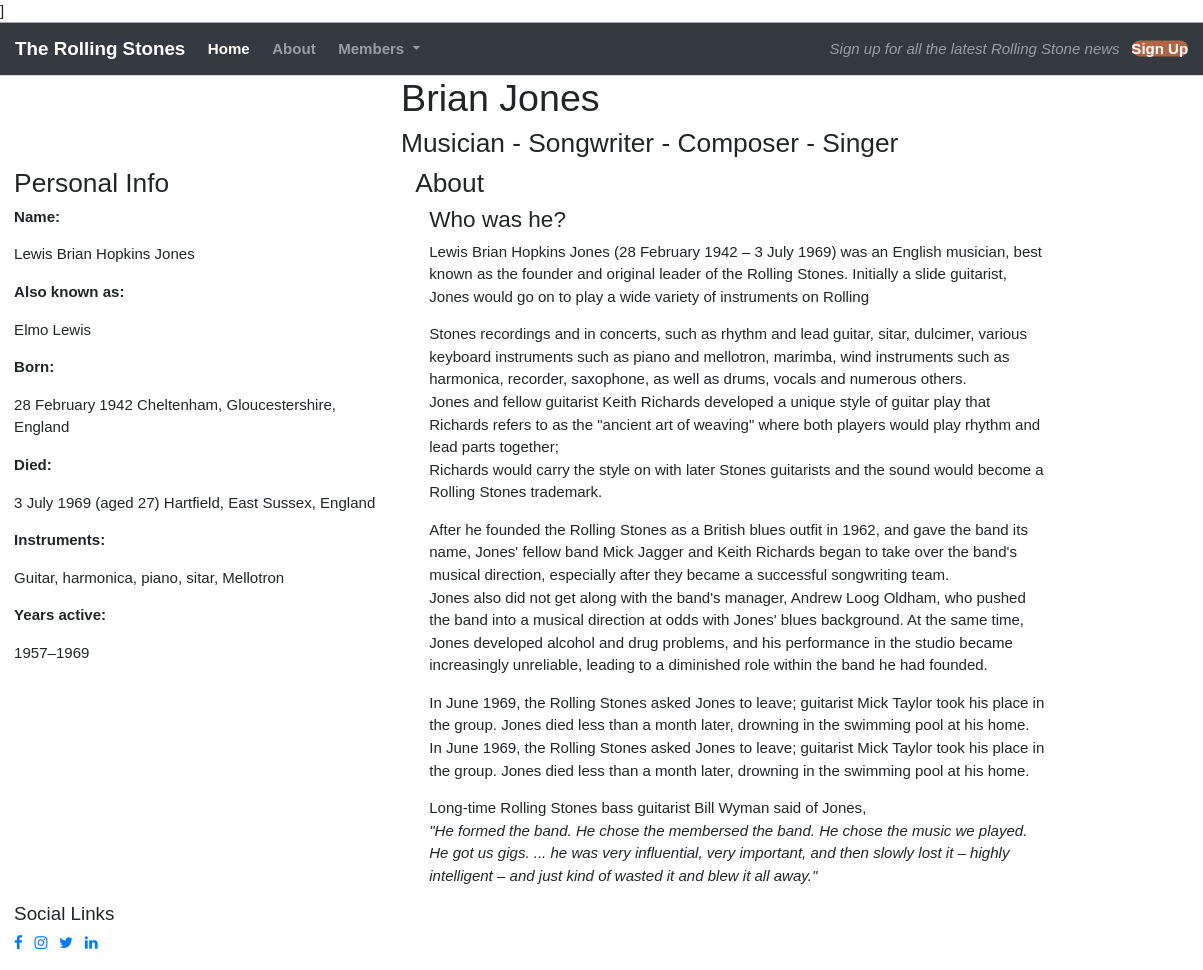
Repository: TecDruid/rolling-stones-fan-site
Page: brian-jones.html
The author's editor kept a record of every edit. The page is drawn from the files as they stood at one moment, then again after the next edit.
The browser window is 1280 px wide. The pictures show the whole page, at 94% of full size.
Some web fonts or font styles are not loaded; a fallback is used. Some web libraries are served in a nearby version.

Above is the page before.

After the next edit:
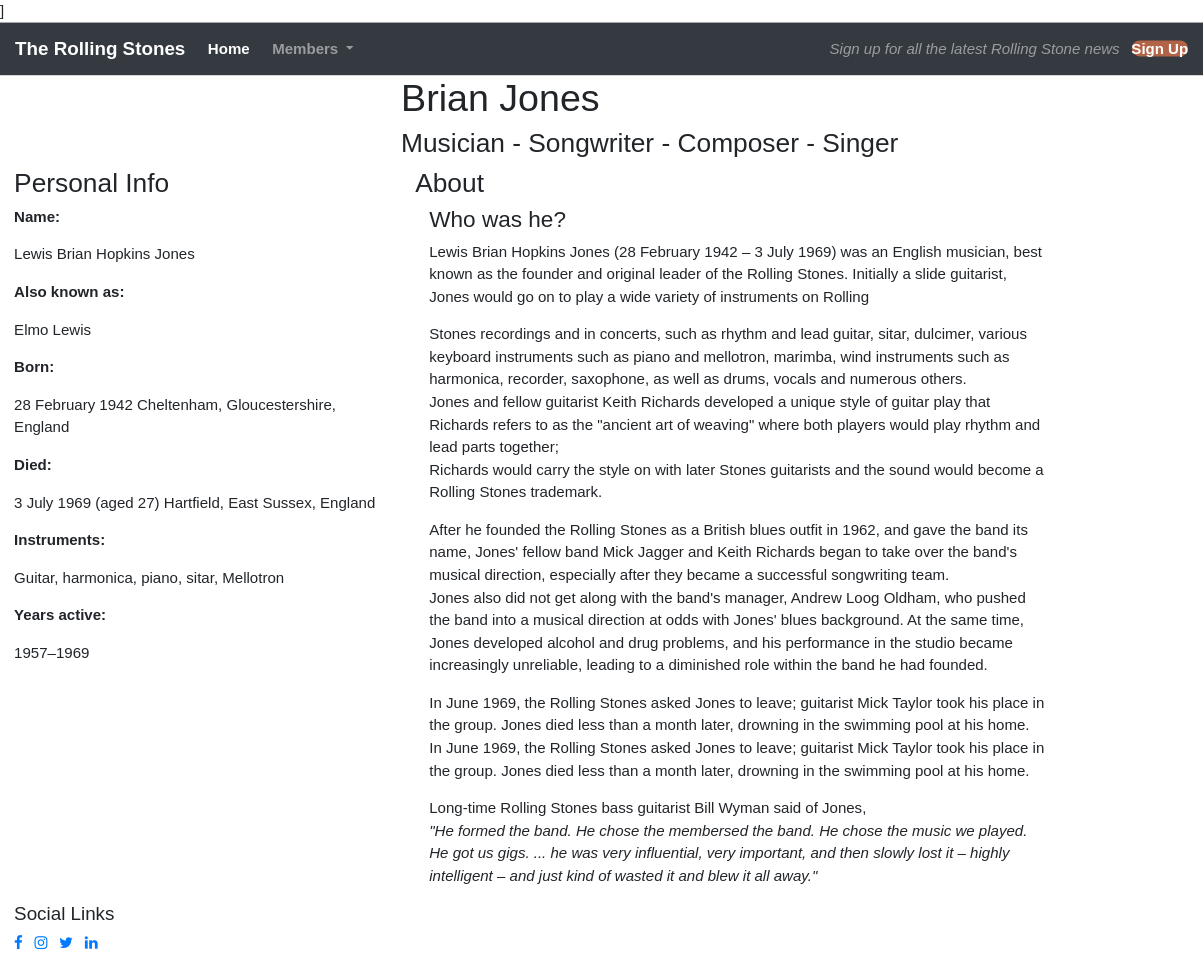
The edit:
--- a/brian-jones.html
+++ b/brian-jones.html
@@ -27,8 +27,7 @@
 
         <div class="collapse navbar-collapse" id="navbarNavDropdown">
             <ul class="navbar-nav mr-auto">
-                <li class="active nav-item mr-2"><a class="nav-link" href="/index.html">Home</a></li>
-                <li class="nav-item mr-2"><a class="nav-link" href="">About</a></li>
+                <li class="active nav-item mr-2"><a class="nav-link" href="index.html">Home</a></li>
                 <li class="nav-item dropdown">
                     <a class="nav-link dropdown-toggle" href="#" id="navbarDropdownMenuLink" role="button" data-toggle="dropdown" aria-haspopup="true" aria-expanded="false">
           Members
